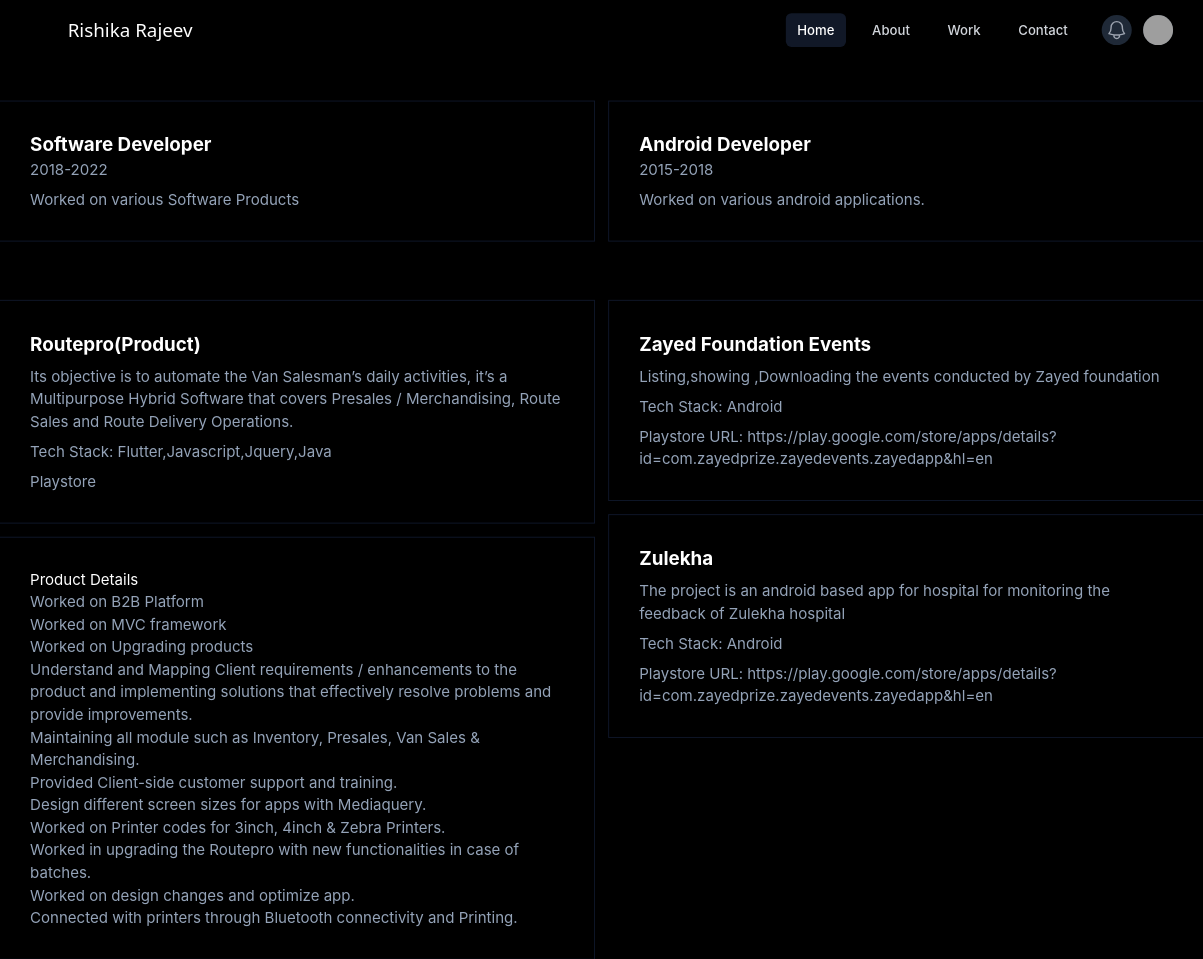
Repository: rishikarajeev/portfolio_rishika
Page: /work
An editor plug-in stored every save of this project. The page is shown before and after a run of saves, followed by the edit.
The browser window is 1280 px wide. The pictures show the whole page, at 94% of full size.
Pictures or frames that could not be fetched are drawn as grey boxes. The project was rebuilt for these pictures with package versions that can differ from the ones it lists, and the page was loaded fresh each time. Also part of the build but not shown: src/Pages/Home.jsx, src/Pages/About.jsx, src/Pages/Contact.jsx.

Above is the page before, as saved 2023-10-23 18:51:03.

### src/Components/Nav/Nav.jsx
import React from 'react'

function Nav() {
  return (
    <div><nav class="dark:bg-black">
    <div class="mx-auto max-w-7xl px-2 sm:px-6 lg:px-8">
      <div class="relative flex h-16 items-center justify-between">
      <div class="absolute inset-y-0 left-7 flex items-center ">

      <a href="#" class=" text-white  px-3 py-2 text-xl font-medium font-sans" aria-current="page">Rishika Rajeev</a>
        </div>
        <div class="absolute inset-y-0 left-0 flex items-center sm:hidden">

          <button type="button" class="relative inline-flex items-center justify-center rounded-md p-2 text-gray-400 hover:bg-gray-700 hover:text-white focus:outline-none focus:ring-2 focus:ring-inset focus:ring-white" aria-controls="mobile-menu" aria-expanded="false">
            <span class="absolute -inset-0.5"></span>
            <span class="sr-only">Open main menu</span>

            <svg class="block h-6 w-6" fill="none" viewBox="0 0 24 24" stroke-width="1.5" stroke="currentColor" aria-hidden="true">
              <path stroke-linecap="round" stroke-linejoin="round" d="M3.75 6.75h16.5M3.75 12h16.5m-16.5 5.25h16.5" />
            </svg>

            <svg class="hidden h-6 w-6" fill="none" viewBox="0 0 24 24" stroke-width="1.5" stroke="currentColor" aria-hidden="true">
              <path stroke-linecap="round" stroke-linejoin="round" d="M6 18L18 6M6 6l12 12" />
            </svg>
          </button>
        </div>
        <div class="flex flex-1 items-center justify-end sm:items-stretch sm:justify-end">
          {/* <div class="flex flex-shrink-0 items-center">
            <img class="h-8 w-auto" src="https://tailwindui.com/img/logos/mark.svg?color=indigo&shade=500" alt="Your Company"/>
          </div> */}
          <div class="hidden sm:ml-6 sm:block ">
            <div class="flex space-x-4 ">

              <a href="/" class="bg-gray-900 text-white rounded-md px-3 py-2 text-sm font-medium" >Home</a>
              <a href="/about" class="text-gray-300 hover:bg-gray-700 hover:text-white rounded-md px-3 py-2 text-sm font-medium">About</a>
              <a href="/work" class="text-gray-300 hover:bg-gray-700 hover:text-white rounded-md px-3 py-2 text-sm font-medium">Work</a>
              <a href="/contact" class="text-gray-300 hover:bg-gray-700 hover:text-white rounded-md px-3 py-2 text-sm font-medium">Contact</a>
            </div>
          </div>
        </div>
        <div class="absolute inset-y-0 right-0 flex items-center pr-2 sm:static sm:inset-auto sm:ml-6 sm:pr-0">
          <button type="button" class="relative rounded-full bg-gray-800 p-1 text-gray-400 hover:text-white focus:outline-none focus:ring-2 focus:ring-white focus:ring-offset-2 focus:ring-offset-gray-800">
            <span class="absolute -inset-1.5"></span>
            <span class="sr-only">View notifications</span>
            <svg class="h-6 w-6" fill="none" viewBox="0 0 24 24" stroke-width="1.5" stroke="currentColor" aria-hidden="true">
              <path stroke-linecap="round" stroke-linejoin="round" d="M14.857 17.082a23.848 23.848 0 005.454-1.31A8.967 8.967 0 0118 9.75v-.7V9A6 6 0 006 9v.75a8.967 8.967 0 01-2.312 6.022c1.733.64 3.56 1.085 5.455 1.31m5.714 0a24.255 24.255 0 01-5.714 0m5.714 0a3 3 0 11-5.714 0" />
            </svg>
          </button>


          <div class="relative ml-3">
            <div>
              <button type="button" class="relative flex rounded-full bg-gray-800 text-sm focus:outline-none focus:ring-2 focus:ring-white focus:ring-offset-2 focus:ring-offset-gray-800" id="user-menu-button" aria-expanded="false" aria-haspopup="true">
                <span class="absolute -inset-1.5"></span>
                <span class="sr-only">Open user menu</span>
                <img class="h-8 w-8 rounded-full" src="../../Images/WhatsApp Image 2023-10-03 at 11.58.19 AM.jpeg" alt=""/>
              </button>
            </div>

          </div>
        </div>
      </div>
    </div>


    <div class="sm:hidden" id="mobile-menu">
      <div class="space-y-1 px-2 pb-3 pt-2">

        <a href="/" class="bg-gray-900 text-white block rounded-md px-3 py-2 text-base font-medium" aria-current="page">Home</a>
        <a href="/about" class="text-gray-300 hover:bg-gray-700 hover:text-white block rounded-md px-3 py-2 text-base font-medium">About</a>
        <a href="/work" class="text-gray-300 hover:bg-gray-700 hover:text-white block rounded-md px-3 py-2 text-base font-medium">Work</a>
        <a href="/contact" class="text-gray-300 hover:bg-gray-700 hover:text-white block rounded-md px-3 py-2 text-base font-medium">Contact</a>
      </div>
    </div>
  </nav>
  </div>
  )
}

export default Nav

### src/Pages/Mywork.jsx
import React from "react";
import Work from "../Components/Work";
import Project from "../Components/Project";
import Nav from "../Components/Nav/Nav";

function Mywork() {
  return (
    <div class="dark md:bg-black ">
      <Nav />

      <div>
        {" "}
        <div className="container mx-auto  dark dark:bg-black">
          <h2 className="text-3xl font-bold mb-2 ">Work Experience</h2>
          <div class="grid grid-cols-1 md:grid-cols-2 gap-4 dark dark:bg-black">
            <div className="dark md:bg-black">
              <Work
                title="Software Developer"
                description="Worked on various Software Products"
                year="2018-2022"
              />
              <h2 className="text-3xl font-bold mt-6 mb-1">Projects</h2>
              <Project
                title="Routepro(Product)"
                description=" Its objective is to automate the Van Salesman’s daily activities, it’s a Multipurpose Hybrid Software that covers Presales / Merchandising, Route Sales and Route Delivery Operations."
                techStack="Flutter,Javascript,Jquery,Java"
              />
              <div className="dark:text-slate-400 ring-1 ring-slate-900 max-w-2xl p-8 dark dark:bg-black">
                <h2 className="text-white"> Product Details</h2>
                <ul>
                  <li>Worked on B2B Platform</li>
                  <li>Worked on MVC framework</li>
                  <li>Worked on Upgrading products </li>
                  <li>
                    Understand and Mapping Client requirements / enhancements to
                    the product and implementing solutions that effectively
                    resolve problems and provide improvements.
                  </li>
                  <li>
                    Maintaining all module such as Inventory, Presales, Van
                    Sales & Merchandising.
                  </li>
                  <li>Provided Client-side customer support and training.</li>
                  <li>
                    Design different screen sizes for apps with Mediaquery.
                  </li>
                  <li>
                    Worked on Printer codes for 3inch, 4inch & Zebra Printers.
                  </li>
                  <li>
                    Worked in upgrading the Routepro with new functionalities in
                    case of batches.
                  </li>
                  <li>Worked on design changes and optimize app.</li>
                  <li>
                    Connected with printers through Bluetooth connectivity and
                    Printing.
                  </li>
                </ul>
              </div>
            </div>
            <div>
            <Work
                title="Android Developer"
                description="Worked on various android applications."
                year="2015-2018"
              />
              <h2 className="text-3xl font-bold mt-6 mb-1">Projects</h2>
              <Project
                title="Zayed Foundation Events"
                description=" Listing,showing ,Downloading the events conducted by Zayed foundation"
                techStack="Android"
                Playstore=" URL: https://play.google.com/store/apps/details?id=com.zayedprize.zayedevents.zayedapp&hl=en"
              />
                  <Project
                title="Zulekha"
                description=" The project is an android based app for hospital for monitoring the feedback of Zulekha hospital"
                techStack="Android"
                Playstore=" URL: https://play.google.com/store/apps/details?id=com.zayedprize.zayedevents.zayedapp&hl=en"
              />
               <ul>
                            <li>Listing the events conducted by Zayed foundation</li>
                            <li>Showing Live events.</li>
                                <li>	Downloading and viewing files.</li>
                                    <li>	Integrated Google Map & Facebook</li>
                                        <li>	Implemented Calendar with Marked Events.</li>
                                            <li>	Playstore URL: https://play.google.com/store/apps/details?id=com.zayedprize.zayedevents.zayedapp&hl=en</li>

                        </ul>
            </div>
          </div>
        </div>
      </div>
    </div>
  );
}

export default Mywork;

### src/Components/Work.jsx
import React from 'react';

const Work = ({ title, description, year }) => {
  return (
    <div className="mb-4 ring-1 ring-slate-900 max-w-2xl p-8 dark md:bg-black">
      <h3 className="text-xl font-bold text-white">{title}</h3>
      <p className="dark:text-slate-400">{year}</p>
      <p className="mt-2 dark:text-slate-400">{description}</p>
    </div>
  );
};

export default Work;

### src/Components/Project.jsx
import React from 'react';

const Project = ({ title, description, techStack,Playstore }) => {
  return (
    <div className="mb-4 ring-1 ring-slate-900 max-w-2xl p-8 dark md:bg-black">
      <h3 className="text-xl font-bold text-white">{title}</h3>
      <p className="mt-2 dark:text-slate-400">{description}</p>
      <p className="mt-2 dark:text-slate-400">Tech Stack: {techStack}</p>
      <p className="mt-2 dark:text-slate-400">Playstore {Playstore}</p>
    </div>
  );
};

export default Project;

### tailwind.config.js
/** @type {import('tailwindcss').Config} */
module.exports = {
  content: ["./src/**/*.{html,js,jsx}"],
  theme: {
    extend: {},
  },
  darkMode: 'class',
  plugins: [],
}

Loaded but not shown: public/index.html (common file); src/index.js (common file); src/index.css (common file); src/App.js (common file); src/reportWebVitals.js (common file); src/App.css (common file)

After the next 3 saves:
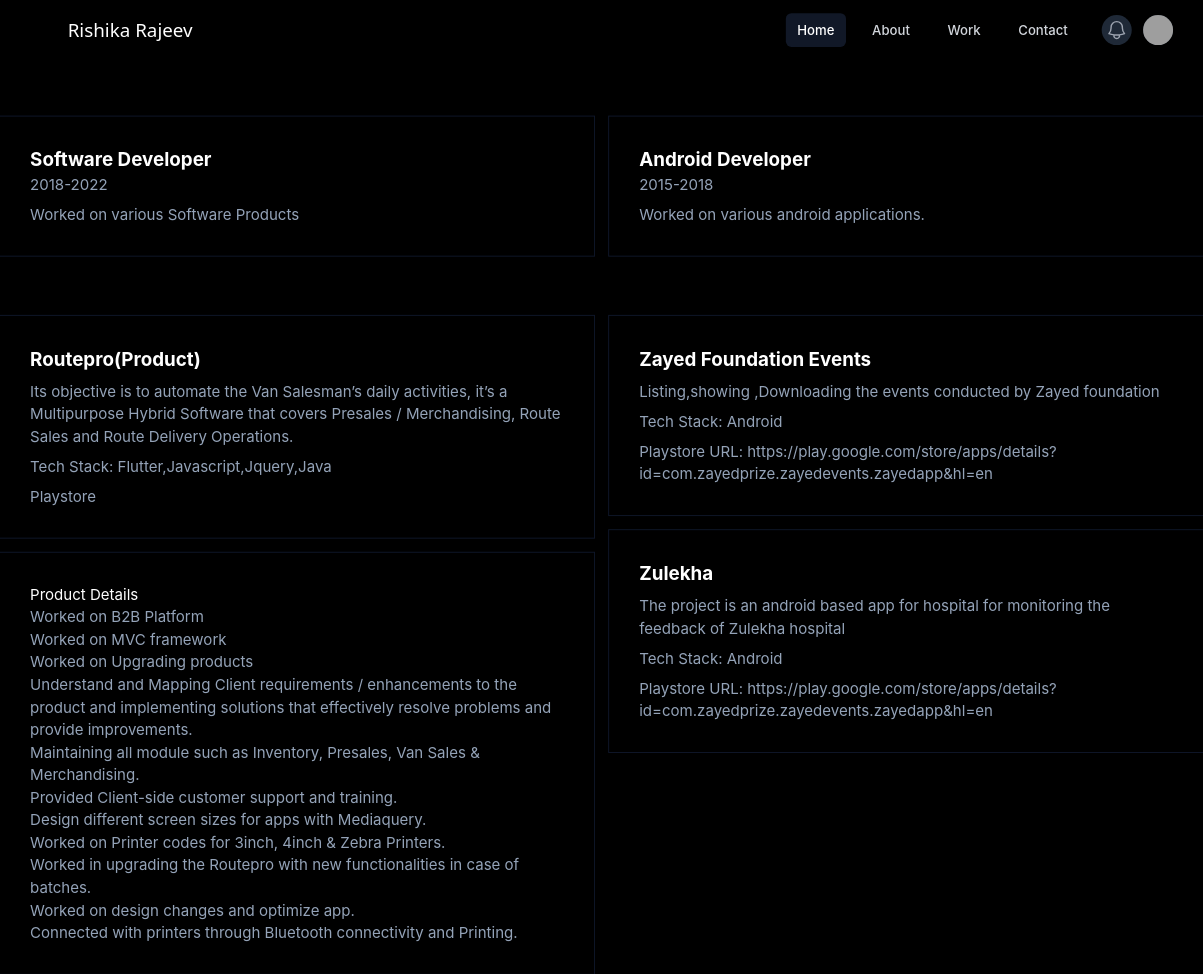
The 3 saves are shown as one change because 1 did not build or start and some came seconds apart.
The last was saved 46 s later.
--- a/src/Pages/Mywork.jsx
+++ b/src/Pages/Mywork.jsx
@@ -12,6 +12,8 @@ function Mywork() {
         {" "}
         <div className="container mx-auto  dark dark:bg-black">
           <h2 className="text-3xl font-bold mb-2 ">Work Experience</h2>
+          <div class=" md:grid md:grid-rows-2 md:gap-4 divide-y divide-dashed dark dark:bg-black gap-4"/>
+
           <div class="grid grid-cols-1 md:grid-cols-2 gap-4 dark dark:bg-black">
             <div className="dark md:bg-black">
               <Work
